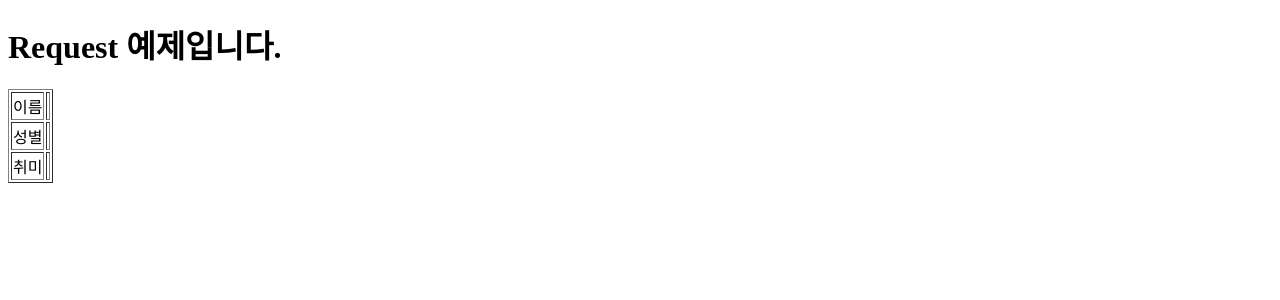
Repository: serendipity63/jsp_workspace
Page: http://localhost/JspExam5/requestTest1.jsp
These files come from the project's save history. The page is drawn as it stood at one moment and after the next save; the edit follows.
The browser window is 1280 px wide. The pictures show the whole page.
The page is served by Tomcat 9. Other server files are loaded and not shown.

Above is the page before, as saved 2023-09-20 03:41:57.

### JspExam5/src/main/webapp/requestTest1.jsp
<%@ page language="java" contentType="text/html; charset=UTF-8"
    pageEncoding="UTF-8"%>
<!DOCTYPE html>
<html>
<head>
<meta charset="UTF-8">
<title>Insert title here</title>
</head>
<body>
<h1>Request 예제입니다.</h1>
<table border="1" style="width:'400px'">
	<tr>
	<td>이름</td>
	<td></td>

	</tr>
	<tr>
	<td>성별</td>
	<td></td>

	</tr>
	<tr>
	<td>취미</td>
	<td></td>

	</tr>
</table>

</body>
</html>

After the next save:
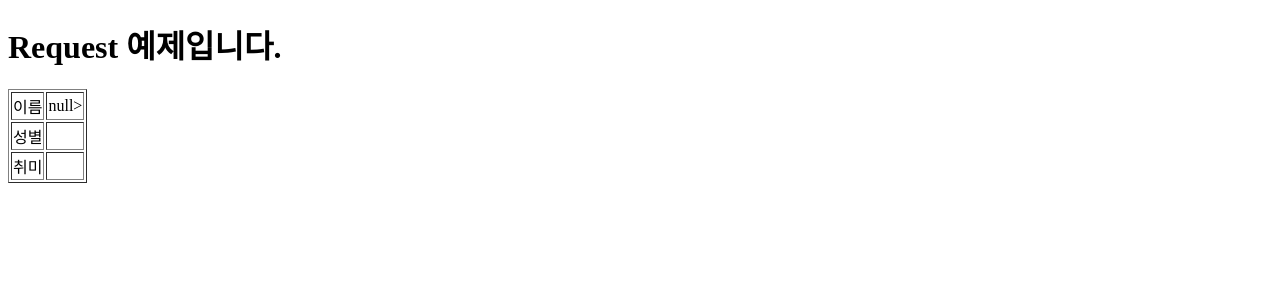
Saved 2 min 7 s later.
--- a/JspExam5/src/main/webapp/requestTest1.jsp
+++ b/JspExam5/src/main/webapp/requestTest1.jsp
@@ -1,5 +1,5 @@
 <%@ page language="java" contentType="text/html; charset=UTF-8"
-    pageEncoding="UTF-8"%>
+	pageEncoding="UTF-8"%>
 <!DOCTYPE html>
 <html>
 <head>
@@ -7,24 +7,22 @@
 <title>Insert title here</title>
 </head>
 <body>
-<h1>Request 예제입니다.</h1>
-<table border="1" style="width:'400px'">
-	<tr>
-	<td>이름</td>
-	<td></td>
+	<h1>Request 예제입니다.</h1>
+	<table border="1" style="width: '400px'">
+		<tr>
+			<td>이름</td>
+			<td><%=request.getParameter("name") %>></td>
+		</tr>
+		<tr>
+			<td>성별</td>
+			<td></td>
 
-	</tr>
-	<tr>
-	<td>성별</td>
-	<td></td>
-
-	</tr>
-	<tr>
-	<td>취미</td>
-	<td></td>
-
-	</tr>
-</table>
+		</tr>
+		<tr>
+			<td>취미</td>
+			<td></td>
+		</tr>
+	</table>
 
 </body>
 </html>
